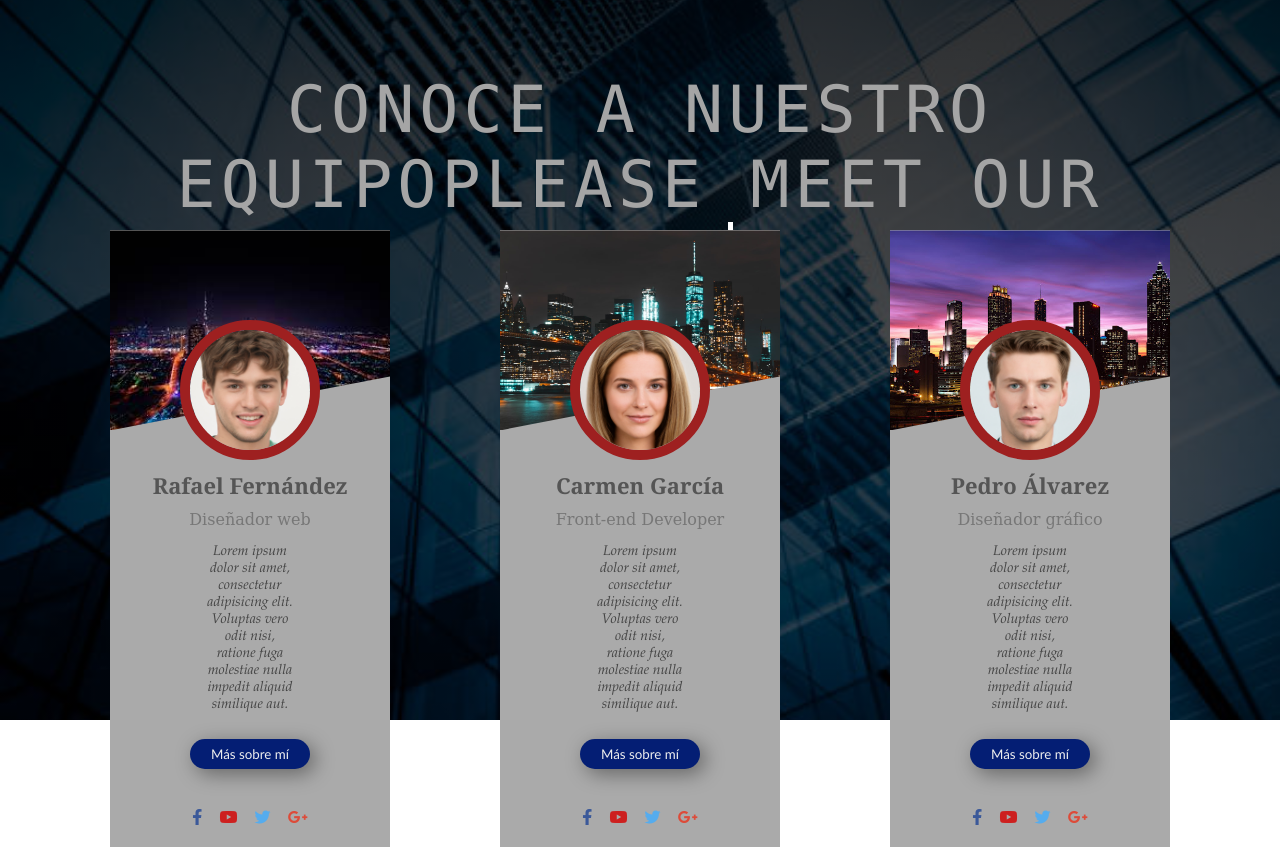
Repository: RaquelAlvarezz/Ejercicios-FormawebIV
Page: Equipo/index.html
These files come from the project's save history. The page is drawn as it stood at one moment and after the next save; the edit follows.
The browser window is 1280 px wide. The pictures show the whole page.

Above is the page before, as saved 2021-11-23 14:52:52.

After the next save:
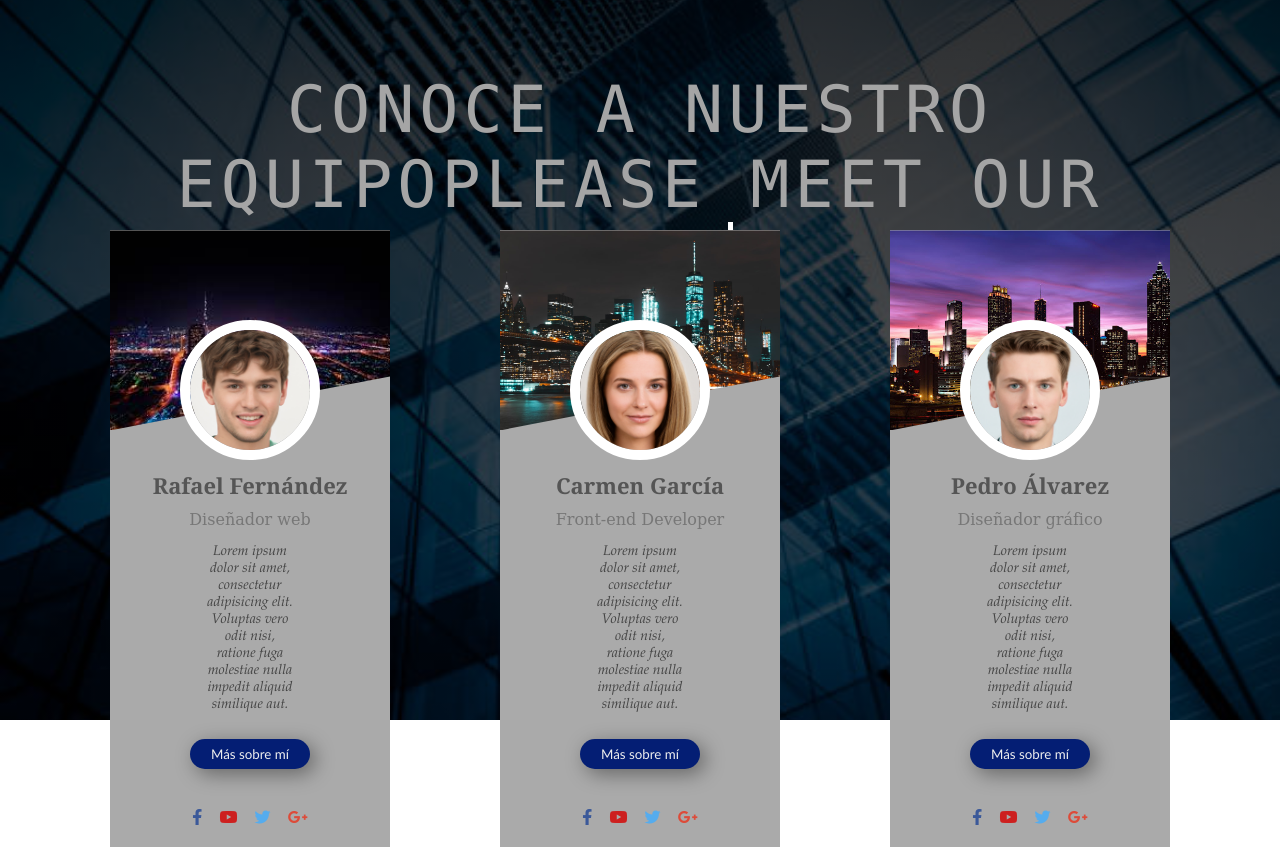
Saved 7 s later.
--- a/Equipo/css/styles.css
+++ b/Equipo/css/styles.css
@@ -98,7 +98,7 @@
 	border-radius: 50%;
 	margin-top: -110px;
 	z-index: 10;
-	border: 10px solid rgb(158, 32, 32);
+	border: 10px solid rgb(255, 255, 255);
 }
 
 .card h1{
